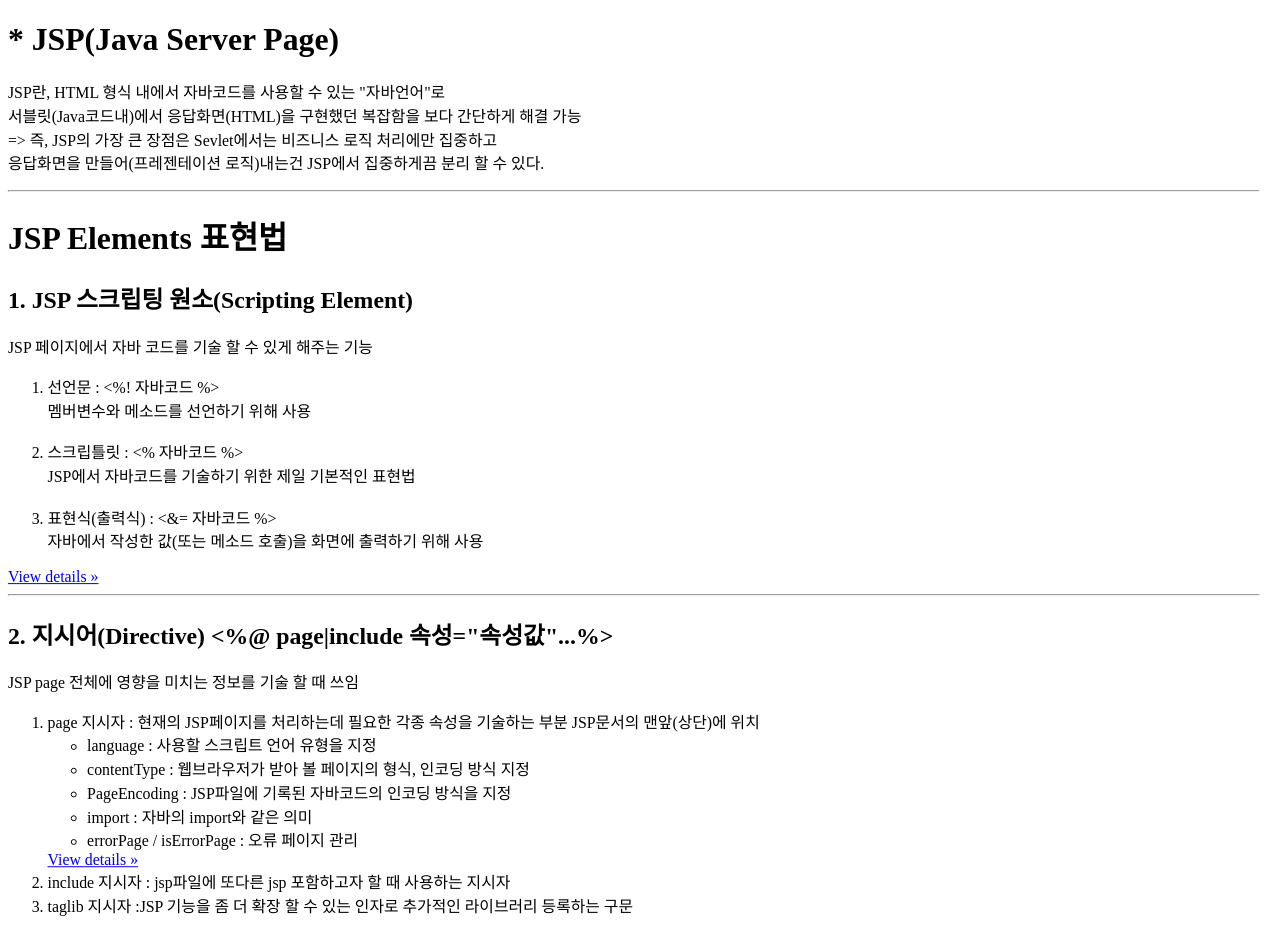
Repository: pje00427/webserver_workspace1
Page: 2_JSP/WebContent/index.html
An editor plug-in stored every save of this project. The page is shown before and after the next save, followed by the edit.
The browser window is 1280 px wide. The pictures show the whole page, at 99% of full size.

Above is the page before, as saved 2020-08-31 03:22:59.

### 2_JSP/WebContent/index.html
<!DOCTYPE html>
<html>
<head>
<meta charset="UTF-8">
<title>Insert title here</title>
</head>
<body>

	<h1>* JSP(Java Server Page)</h1>

	<p>
		JSP란, HTML 형식 내에서 자바코드를 사용할 수 있는 "자바언어"로 <br>
		서블릿(Java코드내)에서 응답화면(HTML)을 구현했던 복잡함을 보다 간단하게 해결 가능<br>
		=> 즉, JSP의 가장 큰 장점은 Sevlet에서는 비즈니스 로직 처리에만 집중하고 <br>
		    응답화면을 만들어(프레젠테이션 로직)내는건 JSP에서 집중하게끔 분리 할 수 있다.
	</p>
	<hr>

	<h1>JSP Elements 표현법</h1>

	<h2>1. JSP 스크립팅 원소(Scripting Element)</h2>
	<p>JSP 페이지에서 자바 코드를 기술 할 수 있게 해주는 기능</p>
	<ol>
		<li>
			선언문 : &lt;%! 자바코드 	%&gt; <br>
			멤버변수와 메소드를 선언하기 위해 사용 <br><br>
		</li>

		<li>
			스크립틀릿 : &lt;% 	자바코드 	%&gt; <br>
			JSP에서 자바코드를 기술하기 위한 제일 기본적인 표현법 <br><br>
		</li>
		<li>
			표현식(출력식) : &lt;&=  자바코드	%&gt;<br>
			자바에서 작성한 값(또는 메소드 호출)을 화면에 출력하기 위해 사용
		</li>

	</ol>

	<a href="views/01_ScriptingElement.jsp">View details &raquo;</a>
	<hr>

	<h2>2. 지시어(Directive) &lt;%@ page|include 속성="속성값"...%&gt;</h2>
	<p>JSP page 전체에 영향을 미치는 정보를 기술 할 때 쓰임</p>

	<ol>
		<li>
			page 지시자 : 현재의 JSP페이지를 처리하는데 필요한 각종 속성을 기술하는 부분 JSP문서의 맨앞(상단)에 위치<br>
			<ul>
				<li>language : 사용할 스크립트 언어 유형을 지정</li>
				<li>contentType : 웹브라우저가 받아 볼 페이지의 형식, 인코딩 방식 지정</li>
				<li>PageEncoding : JSP파일에 기록된 자바코드의 인코딩 방식을 지정</li>
				<li>import : 자바의 import와 같은 의미</li>
				<li>errorPage / isErrorPage : 오류 페이지 관리</li>
			</ul>
			<a href="views/02_directivePage.jsp">View details &raquo;</a>
		</li>
		<li>
			include 지시자 : jsp파일에 또다른 jsp 포함하고자 할 때 사용하는 지시자 <br>
		</li>
		<li>
			taglib 지시자 :JSP 기능을 좀 더 확장 할 수 있는 인자로 추가적인 라이브러리 등록하는 구문 <br>
		</li>
	</ol>



</body>
</html>

After the next save:
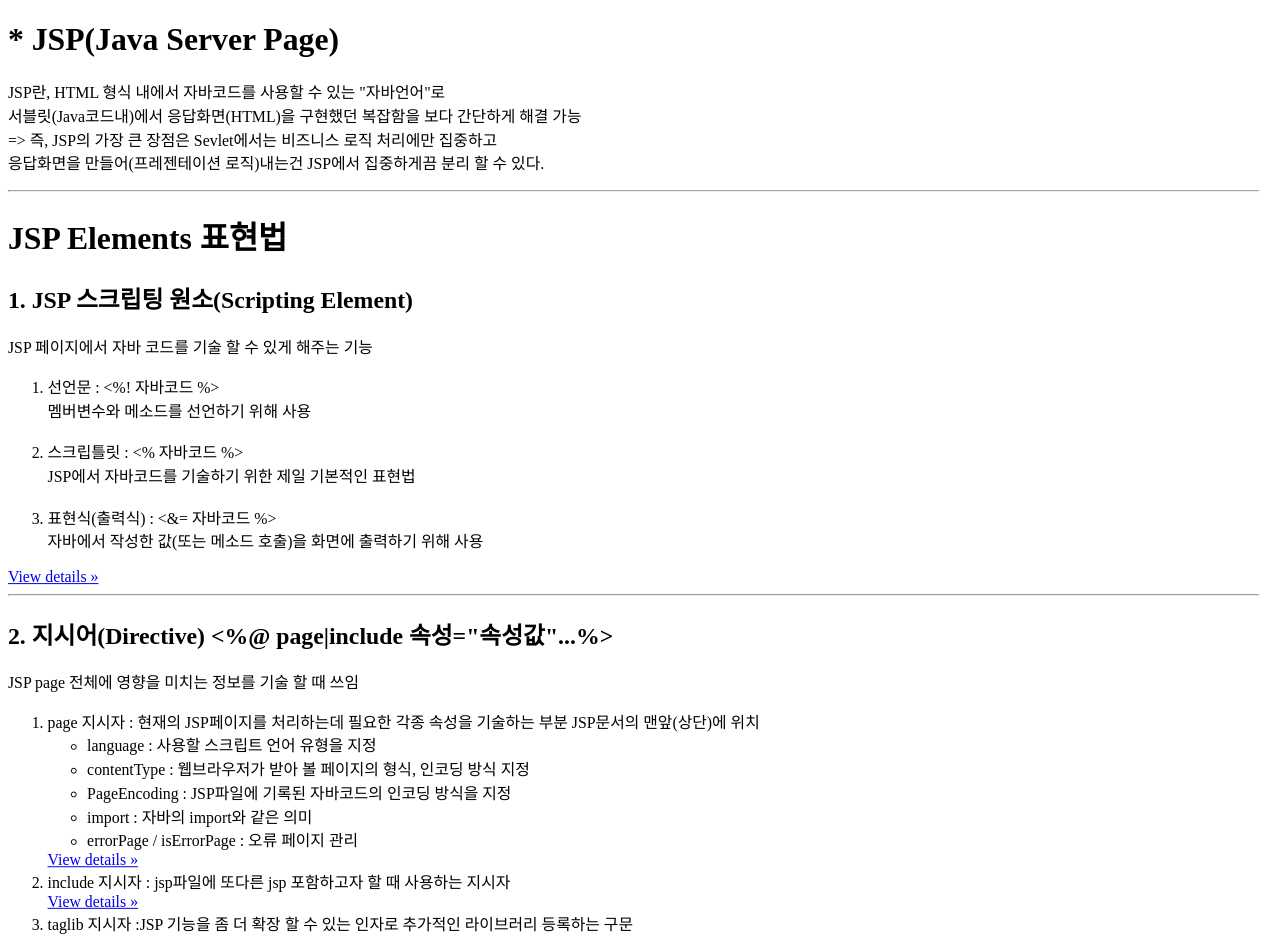
Saved 17 s later.
--- a/2_JSP/WebContent/index.html
+++ b/2_JSP/WebContent/index.html
@@ -57,6 +57,7 @@
 		</li>
 		<li>
 			include 지시자 : jsp파일에 또다른 jsp 포함하고자 할 때 사용하는 지시자 <br>
+			<a href="views/03_directiveInclude.jsp">View details &raquo;</a>
 		</li>
 		<li>
 			taglib 지시자 :JSP 기능을 좀 더 확장 할 수 있는 인자로 추가적인 라이브러리 등록하는 구문 <br>
